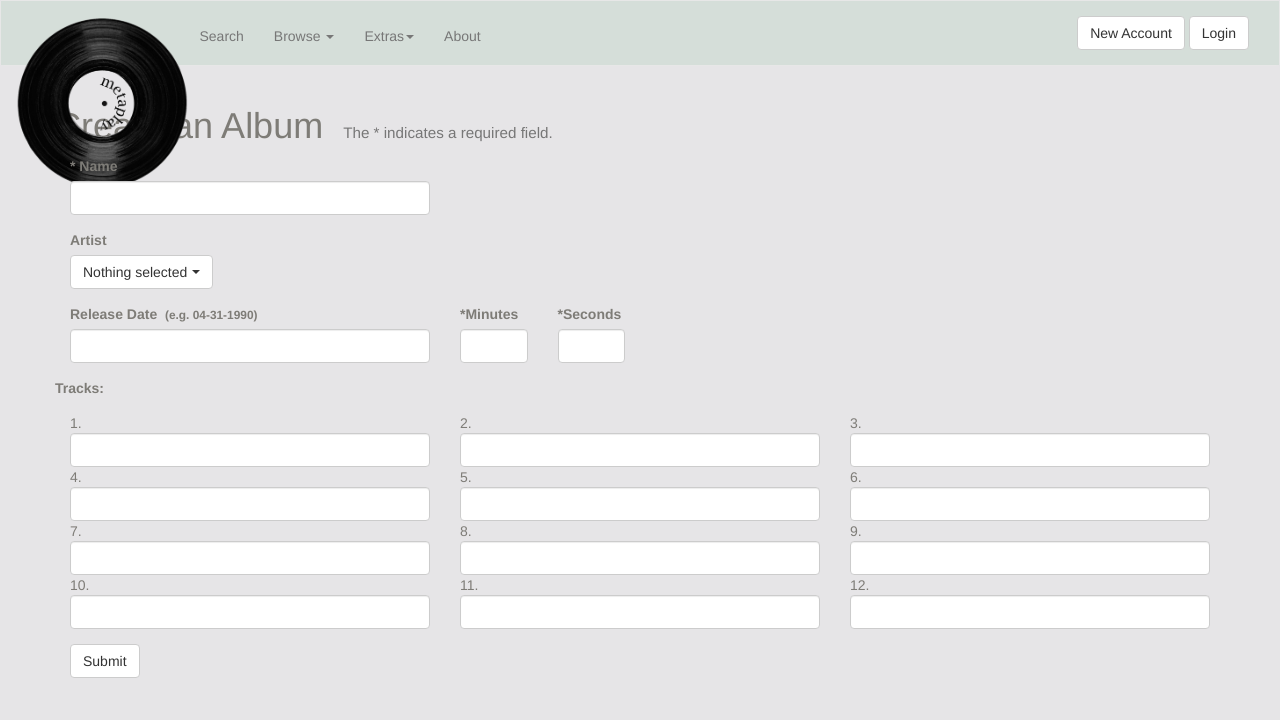
Repository: dRiott/Metaplay
Page: http://localhost/metaplay/WEB-INF/views/album_add.jsp
These files come from the project's save history. The page is drawn as it stood at one moment and after the next save; the edit follows.
The browser window is 1280 px wide. The pictures show the whole page.
Some web libraries are served in a nearby version. The page is served by Tomcat 9. Nobody is signed in. Other server files are loaded and not shown. The template is opened directly, without the code that normally fills it, so the values that code supplies are empty.

Above is the page before, as saved 2015-09-29 20:31:55.
Console error: TypeError: Cannot set properties of null (setting 'value')

### metaplay/src/main/webapp/WEB-INF/views/album_add.jsp
<%@ page language="java" contentType="text/html; charset=ISO-8859-1"
	pageEncoding="ISO-8859-1"%>
<%@ taglib uri="http://www.springframework.org/tags" prefix="spring"%>
<%@ taglib uri="http://www.springframework.org/tags/form" prefix="form"%>
<%@ taglib prefix="c" uri="http://java.sun.com/jsp/jstl/core"%>

<!DOCTYPE html>
<html>
<head>
<meta http-equiv="Content-Type" content="text/html; charset=ISO-8859-1">
<title>Album Manager</title>

<link rel="stylesheet" href="https://maxcdn.bootstrapcdn.com/bootstrap/3.3.4/css/bootstrap.min.css">
<link rel="stylesheet" href="<spring:url value="/resources/css/home.css"/>" type="text/css" />
<link rel="stylesheet" href="<spring:url value="/resources/css/bootstrap-select.min.css"/>" type="text/css" />
<script src="https://ajax.googleapis.com/ajax/libs/jquery/1.11.2/jquery.min.js"></script>
<script src="https://maxcdn.bootstrapcdn.com/bootstrap/3.3.4/js/bootstrap.min.js"></script>
<script src="<spring:url value="/resources/js/bootstrap-select.min.js"/>"></script>

</head>
<body>

	<jsp:include page="../views/fragments/landingPageFragment.jsp"></jsp:include>

	<div class="container">

		<div class="row">
			<h1>Create an Album&nbsp&nbsp<small><small>The * indicates a required field.</small></small></h1>
		</div>

		<spring:url value="/album/review" var="thisFormURL" />
		<form:form action="${thisFormURL}" method="post" modelAttribute="createAlbumWrapper" onsubmit="return validate(this);">
		<form:errors path="*" element="div" cssClass="errors"/>
	        	<div class="form-group">
					<div class="row">
						<div class="col-md-4">
							<label for="albumName">* Name</label>
							<form:input type="text" path="name" id="albumName" cssClass="form-control" cssErrorClass="has-error"/>
						</div>
					</div>
					<div class="form-group" style="float:clear;"></div>

						<!-- BEGIN Artist -->
					<div class="row">
						<div class="col-md-1">
							<label for="albumArtistName">Artist</label>
							<form:select path="artistFromList" cssClass="selectpicker" id="albumArtistName" >
								<form:options items="${artistOptions}" />
							</form:select>
						</div>
					</div>
					<div class="form-group" style="float:clear;"></div>
					<div class="form-group" id="newAlbumArtistName" style="display:none;">
						<hr/>
						<label for="newAlbumArtistName" style="font-style:italic;">New Artist:</label>
						<form:input cssClass="form-control" type="text" path="theNewArtist" id="newAlbumArtistNameInput" cssErrorClass="has-error" />
					<div class="form-group" style="float:clear;"></div>
						<label for="newAlbumArtistButton" style="font-style:italic;">Or...</label>
						<a href="<spring:url value="/artist/add"/>" class="btn btn-default">Go To Add Artist Page</a>
						<hr/>
					</div>
					<!-- END Artist -->

					<div class="form-group" style="float:clear;"></div>

					<div class="row">
						<div class="col-md-4">
							<label for="albumReleaseDate">Release Date&nbsp&nbsp<small>(e.g. 04-31-1990)</small></label>
							<form:input path="releaseDate" cssClass="form-control"
								id="albumReleaseDate" />
						</div>

						<div class="col-md-1">
							<label for="albumLengthMinutes">*Minutes</label>
							<form:input path="lengthMinutes" id="albumLengthSeconds"  cssClass="form-control"/>
						</div>

						<div class="col-md-1">
							<label for="albumLengthSeconds">*Seconds</label>
							<form:input path="lengthSeconds" id="albumLengthSeconds" cssClass="form-control"/>
						</div>
					</div>

					<div class="form-group" style="float:clear;"></div>

					<div class="row">
						<div class="form-group">
							<label for="albumTrack">Tracks: </label>
						</div>

						<div class="form-group" style="float:clear;"></div>

						<div class="col-md-4 showNextTrack">
							<span>1. </span>
							<form:input path="tracks[0].name" cssClass="form-control" id="albumTrack1" />
						</div>
						<div class="col-md-4 showNextTrack">
							<span>2. </span>
							<form:input path="tracks[1].name" cssClass="form-control" id="albumTrack2" />
						</div>
						<div class="col-md-4 showNextTrack">
							<span>3. </span>
							<form:input path="tracks[2].name" cssClass="form-control" id="albumTrack3" />
						</div>
						<div class="col-md-4 showNextTrack">
							<span>4. </span>
							<form:input path="tracks[3].name" cssClass="form-control" id="albumTrack4" />
						</div>
						<div class="col-md-4">
							<span>5. </span>
							<form:input path="tracks[4].name" cssClass="form-control" id="albumTrack5" />
						</div>
						<div class="col-md-4">
							<span>6. </span>
							<form:input path="tracks[5].name" cssClass="form-control" id="albumTrack6" />
						</div>
						<div class="col-md-4">
							<span>7. </span>
							<form:input path="tracks[6].name" cssClass="form-control" id="albumTrack7" />
						</div>
						<div class="col-md-4 showNextTrack">
							<span>8. </span>
							<form:input path="tracks[7].name" cssClass="form-control" id="albumTrack8" />
						</div>
						<div class="col-md-4 showNextTrack">
							<span>9. </span>
							<form:input path="tracks[8].name" cssClass="form-control" id="albumTrack9" />
						</div>
						<div class="col-md-4 showNextTrack">
							<span>10. </span>
							<form:input path="tracks[9].name" cssClass="form-control" id="albumTrack10" />
						</div>
						<div class="col-md-4 showNextTrack">
							<span>11. </span>
							<form:input path="tracks[10].name" cssClass="form-control" id="albumTrack11" />
						</div>
						<div class="col-md-4" id="12">
							<span>12. </span>
							<form:input path="tracks[11].name" cssClass="form-control" id="albumTrack12" />
						</div>

						<div class="col-md-4" style="display:none;" id="13">
							<span>13. </span>
							<form:input path="tracks[12].name" cssClass="form-control" id="albumTrack13" />
						</div>
						<div class="col-md-4" style="display:none;" id="14">
							<span>14. </span>
							<form:input path="tracks[13].name" cssClass="form-control" id="albumTrack14" />
						</div>
						<div class="col-md-4" style="display:none;" id="15">
							<span>15. </span>
							<form:input path="tracks[14].name" cssClass="form-control" id="albumTrack15" />
						</div>
						<div class="col-md-4" style="display:none;" id="16">
							<span>16. </span>
							<form:input path="tracks[15].name" cssClass="form-control" id="albumTrack16" />
						</div>
						<div class="col-md-4" style="display:none;" id="17">
							<span>17. </span>
							<form:input path="tracks[16].name" cssClass="form-control" id="albumTrack17" />
						</div>
						<div class="col-md-4" style="display:none;" id="18">
							<span>18. </span>
							<form:input path="tracks[17].name" cssClass="form-control" id="albumTrack18" />
						</div>
						<div class="col-md-4" style="display:none;" id="19">
							<span>19. </span>
							<form:input path="tracks[18].name" cssClass="form-control" id="albumTrack19" />
						</div>
						<div class="col-md-4" style="display:none;" id="20">
							<span>20. </span>
							<form:input path="tracks[19].name" cssClass="form-control" id="albumTrack20" />
						</div>
						<div class="col-md-4" style="display:none;" id="21">
							<span>21. </span>
							<form:input path="tracks[20].name" cssClass="form-control" id="albumTrack21" />
						</div>
						<div class="col-md-4" style="display:none;" id="22">
							<span>22. </span>
							<form:input path="tracks[21].name" cssClass="form-control" id="albumTrack22" />
						</div>
						<div class="col-md-4" style="display:none;" id="23">
							<span>23. </span>
							<form:input path="tracks[22].name" cssClass="form-control" id="albumTrack23" />
						</div>
						<div class="col-md-4" style="display:none;" id="24">
							<span>24. </span>
							<form:input path="tracks[23].name" cssClass="form-control" id="albumTrack24" />
						</div>
						<div class="col-md-4" style="display:none;" id="25">
							<span>25. </span>
							<form:input path="tracks[24].name" cssClass="form-control" id="albumTrack25" />
						</div>
						<div class="col-md-4" style="display:none;" id="26">
							<span>26. </span>
							<form:input path="tracks[25].name" cssClass="form-control" id="albumTrack26" />
						</div>
						<div class="col-md-4" style="display:none;" id="27">
							<span>27. </span>
							<form:input path="tracks[26].name" cssClass="form-control" id="albumTrack27" />
						</div>
						<div class="col-md-4" style="display:none;" id="28">
							<span>28. </span>
							<form:input path="tracks[27].name" cssClass="form-control" id="albumTrack28" />
						</div>
						<div class="col-md-4" style="display:none;" id="29">
							<span>29. </span>
							<form:input path="tracks[28].name" cssClass="form-control" id="albumTrack29" />
						</div>
						<div class="col-md-4" style="display:none;" id="30">
							<span>30. </span>
							<form:input path="tracks[29].name" cssClass="form-control" id="albumTrack30" />
						</div>
					</div>

					<div class="form-group" style="float:clear;"></div>

					<button type="submit" class="btn btn-default">Submit</button>
				</div>
		</form:form>
	</div>

	<script src="<spring:url value="/resources/js/albumAddShowHide.js"/>"></script>

</body>
</html>

### metaplay/src/main/webapp/WEB-INF/views/fragments/landingPageFragment.jsp
<%@ taglib prefix="spring" uri="http://www.springframework.org/tags"%>
<%@ taglib prefix="c" uri="http://java.sun.com/jsp/jstl/core"%>
<%@ taglib uri="http://www.springframework.org/tags/form" prefix="form"%>

<nav class="navbar navbar-default">
	<div class="container-fluid drNavDiv">

		<!-- Logo -->
		<div class="imageLogoDiv" >
			<a class="navbar-brand" href="<spring:url value="/"/>">
				<img class="imageLogo logo" src="<spring:url value="/resources/img/vinylDark.gif" />" id="logo"	alt="logoDark.gif" style="width:auto\9"/>
				<img class="imageLogoLayer logo" src="<spring:url value="/resources/img/vinyl.gif" />" id="logoLightLayer" alt="logoLight.gif" style="width:auto\9"/>
			</a>
		</div>

		<!-- BEGIN HEADER LINKS -->
		<div class="DRnavBarDiv">
			<ul class="nav navbar-nav" style="padding-top: 10px;">

				<!-- Search -->
				<li><a id="searchLink" href="<spring:url value="/search"/>">Search</a></li>

				<!-- Browse -->
				<li class="dropdown"><a href="#" class="dropdown-toggle"
					data-toggle="dropdown" role="button" aria-expanded="false">Browse <span class="caret"></span></a>
					<ul class="dropdown-menu" role="menu">
						<li><a href="<spring:url value="/browse/accounts"/>">Accounts</a></li>
						<li><a href="<spring:url value="/browse/albums"/>">Albums</a></li>
						<li><a href="<spring:url value="/browse/artists"/>">Artists</a></li>
						<li><a href="<spring:url value="/browse/genres"/>">Genres</a></li>
						<li><a href="<spring:url value="/browse/locations"/>">Locations</a></li>
						<li><a href="<spring:url value="/browse/members"/>">Members</a></li>
						<li><a href="<spring:url value="/browse/playlists"/>">Playlists</a></li>
						<li><a href="<spring:url value="/browse/recordlabels"/>">Record Labels</a></li>
						<li><a href="<spring:url value="/browse/tracks"/>">Tracks</a></li>
					</ul>
				</li>

				<!-- More -->
				<li class="dropdown"><a href="#" class="dropdown-toggle"
					data-toggle="dropdown" role="button" aria-expanded="false">Extras<span class="caret"></span></a>
					<ul class="dropdown-menu" role="menu">
						<li><a href="<spring:url value="/payment/process"/>">Payment</a></li>
						<li><a href="<spring:url value="/role/add"/>">Roles</a></li>
					</ul>
				</li>

				<!-- About -->
				<li><a href="<spring:url value="/about"/>">About</a></li>

			</ul>
		</div>

		<!-- Accountname / New Account, Logout -->
		<c:set var="authentication" value="${pageContext.request.userPrincipal}"/>
		<c:choose>
			<c:when test="${authentication!=null}">
				<c:set var="currentUser" value="${authentication.name}"/>
				<c:url var="logoutUrl" value="/logout"/>
				<!-- Form MUST BE A POST TO PROTECT AGAINST CROSS-SITE REQUEST FORGERY -->
				<form:form class="navbar-form pull-right" action="${logoutUrl}" method="post">
					<input type="submit" class="btn btn-default drHeaderButton" value="Logout" />
				</form:form>
				<p class="navbar-text pull-right">
					<c:out value="${currentUser}"/>
				</p>
			</c:when>
			<c:otherwise>
				<p class="navbar-text pull-right">
					<c:url value="/account/add" var="accountAddUrl"/>
					<c:url value="/account/login" var="loginUrl"/>
					<a href="${accountAddUrl}" class="btn btn-default drHeaderButton">New Account</a>
					<a href="${loginUrl}" class="btn btn-default drHeaderButton">Login</a>
				</p>
			</c:otherwise>
		</c:choose>

	</div>
</nav>

### metaplay/src/main/webapp/resources/css/home.css
/**
The padding for the main containers are all set with javascript in footer.js based on the position of the Search nav item.
*/

html {
    /*prevents horizontal scrolling*/
    max-width: 100%;
    overflow-x: hidden;
}

body {
	background: #e6e5e7 fixed bottom right no-repeat;
	background-size: 500px Auto;
	font-family: Helvetica Neue, Helvetica, Arial, sans-serif;
    color: #7E7C77;

    /*prevents horizontal scrolling*/
    max-width: 100%;
    overflow-x: hidden;
}

audio {
    background-color: #EEEEEE;
}

/* hr elements appear on browsing pages, and occasionally add pages. */
hr {
    margin-left:0;
    width: 40%;
}

/* styling of the anchor tags */
a {
  text-decoration: inherit;
  font-style: inherit;
  color: #6c9985;
}

a:hover {
 text-decoration: underline;
 color: #618975;
}

/* a:visited {
	border: none;
	text-decoration: none;
	font-style: normal;
	color: #FC9D9A;
} */

/* e.g. on about.jsp */
a.mono {
    font-family: monospace, sans-serif;
    font-style: italic;
}

/* any input box -- set to change the shadow and border */
.form-control:focus {
  border-color: #99B2B7;
  box-shadow: inset 0 1px 1px rgba(0, 0, 0, 0.075), 0 0 8px rgba(153,178,183, 0.6);
}

/* h1 at the top of almost every page. */
.dH1 {
    font-family: Helvetica Neue, Helvetica, Arial, sans-serif;
    font-style: italic;
    color: #7E7C77;
    /* slategray; Pachyderm by Yasmino: #7A6A53 */
}

.drHeaderButton {
	/* css for the buttons in the header navbar*/
}

/* header nav bar! */
.drNavDiv {
	/*
	dark grey blue: C5E0DC
	grey green: #D5DED9
	bond: #D5DED9
	current fave: #C5E0DC
	*/
	background-color:#D5DED9;
	color: #948C75;
}

/* used for notifying the user of certain privileges they don't have if they're not logged in or have the right role. */
.drSecurity {
    font-family: monospace, sans-serif;
    font-style: italic;
    color: #7E7C77;
}


/* any span used for slight horizontal spacing */
.dSpan {
    padding-left: 10px;
}

/* spacing to clear left of the logo */
.DRnavBarDiv{
	padding-left: 13.5%;
}

/* div containing the logo */
.imageLogoDiv{
	display:block;
	clear:right;
}

/* logo itself: under-layer */
.imageLogo {
	width:13.5%;
	max-width:180px;
	position: absolute;
    clear: both;
   	height:auto;

    /* Spin only the record, not the glossy logoLayer.*/
	-webkit-animation:spin 4s linear infinite;
    -moz-animation:spin 4s linear infinite;
    animation:spin 4s linear infinite;
}

/* Spin the Logo! */
@-moz-keyframes spin { 100% { -moz-transform: rotate(360deg); } }
@-webkit-keyframes spin { 100% { -webkit-transform: rotate(360deg); } }
@keyframes spin { 100% { -webkit-transform: rotate(360deg); transform:rotate(360deg); } }

/* the lighter logo layer on top of the logo*/
.imageLogoLayer {
	width:13.5%;
	opacity: .4;
	max-width:180px;
    position: absolute;
    clear: both;
   	height:auto;
}

/* This class is added to tables that I wanted to not take up all of the page. Now, they look nicer. */
.browseTable {
	width: 80%;
}

/* This handles the ?error url param for incorrect account/password combinations,
	 and also #messageDiv on the single_playlist.jsp */
.error {
    font-family: monospace, sans-serif;
    font-style: italic;
    padding: 15px;
    margin-bottom: 20px;
    border: #ebccd1 1px solid;
    border-radius: 4px;
    color: #E08E79;
    background-color: #f2dede;
}

/* This handles the ?logout url param for the index page,
	and also #messageDiv on the single_playlist.jsp */
.msg {
	margin-left: 15px;
	padding: 15px;
	border: #b3bcba 1px solid;
	border-radius: 4px;
	color: #7E7C77;
	background-color: #D5DED9;
}

/* this class is added to the body of pages that need to have their positioning changed on page load.
	they are first repositioned as invisible to the page, then they are revealed (this class is removed) */
.delayedReveal {
    visibility: hidden;
}

/* override the default hightlight color */
::selection {
  background: #ffb7b7; /* WebKit/Blink Browsers */
}
::-moz-selection {
  background: #ffb7b7; /* Gecko Browsers */
}

### metaplay/src/main/webapp/resources/js/albumAddShowHide.js

$(document).ready(function () {

	//Artist Options "Other" Box Hide/Unhide
	var selectOtherAR = $("#albumArtistName");
	selectOtherAR.change(function(){
		var inputBoxAR = $("#newAlbumArtistName");
		var artistAddButton = $("#newAlbumArtistAddButton");
		if(selectOtherAR.val()=="** New Artist **") {
			inputBoxAR.show();
			artistAddButton.show();
		} else {
			inputBoxAR.hide();
			artistAddButton.hide();
		}
	});

	// new record label show/hide
	var selectOtherRL = $("#recordLabelName");
	selectOtherRL.change(function(){
		var inputBoxRL = $("#newRecordLabelName");
		var recordLabelLocationDiv = $("#newRecordLabelLocation");
		var hr1 = $("#recordLabelHr1");
		var hr2 = $("#recordLabelHr2");
		var newCountryDiv = $("#newCountryDiv");

		if(selectOtherRL.val()=="** New Record Label **") {
			inputBoxRL.show();
			recordLabelLocationDiv.show();
			hr1.show();
			hr2.show();
			newCountryDiv.show();
		} else {
			inputBoxRL.hide();
			recordLabelLocationDiv.hide();
			hr1.hide();
			hr2.hide();
			newCountryDiv.hide();
		}
	}); //end record label on change

	var rlCountries = $("#rlCountries");
	if(rlCountries.val()=="** New Country **") {
		console.log("new country");

	}

	rlCountries.change(function() {
		var newCountry = $("#rlCountry");
		var rlState = $("#rlState");
		var city = $("#recordLabelCity");

		if(rlCountries.val()=="United States") {
			rlState.show();
			newCountry.hide();
			city.attr("placeholder", "Birmingham");
		} else if (rlCountries.val()=="** New Country **") {
			city.focus();
			city.blur(function () {
				newCountry.focus()
			})

			rlState.hide();
			newCountry.attr("placeholder", "England");
			newCountry.show();
			city.attr("placeholder", "London");
		} else {
			rlState.hide();
			newCountry.hide();
		}
	});


	//gets rid of the Album Length zeros on load
	$("#albumMinutes").val("");
	$("#albumSeconds").val("");

	//gets rid of the zeros on load
	for(var i = 1; i<31; i++){
		var minutesId = "minutes" + i;
		var minutes = document.getElementById(minutesId);
		minutes.value = "";
		var secondsId = "seconds" + i;
		var seconds = document.getElementById(secondsId);
		seconds.value = "";
		var bpmId = "bpm" + i;
		var bpm = document.getElementById(bpmId);
		bpm.value = "";
	}

}); // end document.ready

//repopulates the zeros to prevent number format error
function ensureVoidsAreZeroes() {
	var bpms = $(".bpm");
	for(var i = 1; i<31; i++){
		var minutesId = "minutes" + i;
		var minutes = document.getElementById(minutesId);
		if(minutes.value == "") {
			minutes.value = 0;
		};
		var secondsId = "seconds" + i;
		var seconds = document.getElementById(secondsId);
		if(seconds.value == "") {
			seconds.value = 0;
		};
		var bpmId = "bpm" + i;
		var bpm = document.getElementById(bpmId);
		if(bpm.value == "") {
			bpm.value = 0;
		};
	}

	var albumMinutes = document.getElementById("albumMinutes");
	if(albumMinutes.value == "") {
		albumMinutes.value = 0;
	};
	var albumSeconds = document.getElementById("albumSeconds");
	if(albumSeconds.value == "") {
		albumSeconds.value = 0;
	};
}

//scrolls the window down as a new track is shown.
function reveal(id) {
	id += 1;
	element = document.getElementById(id);
	element.style.display="inline";
	if(id>2) {
//		window.scrollTo(0,document.body.scrollHeight);
		scrollToElement(element, 1000);
	}
}

var scrollToElement = function(element, ms){
    var speed = (ms) ? ms : 600;
    $('html,body').animate({
        scrollTop: $(element).offset().top
    }, speed);
}

// specify id of element and optional scroll speed as arguments

Loaded but not shown: metaplay/src/main/webapp/resources/css/bootstrap-select.min.css (library); metaplay/src/main/webapp/resources/js/bootstrap-select.min.js (library)

After the next save:
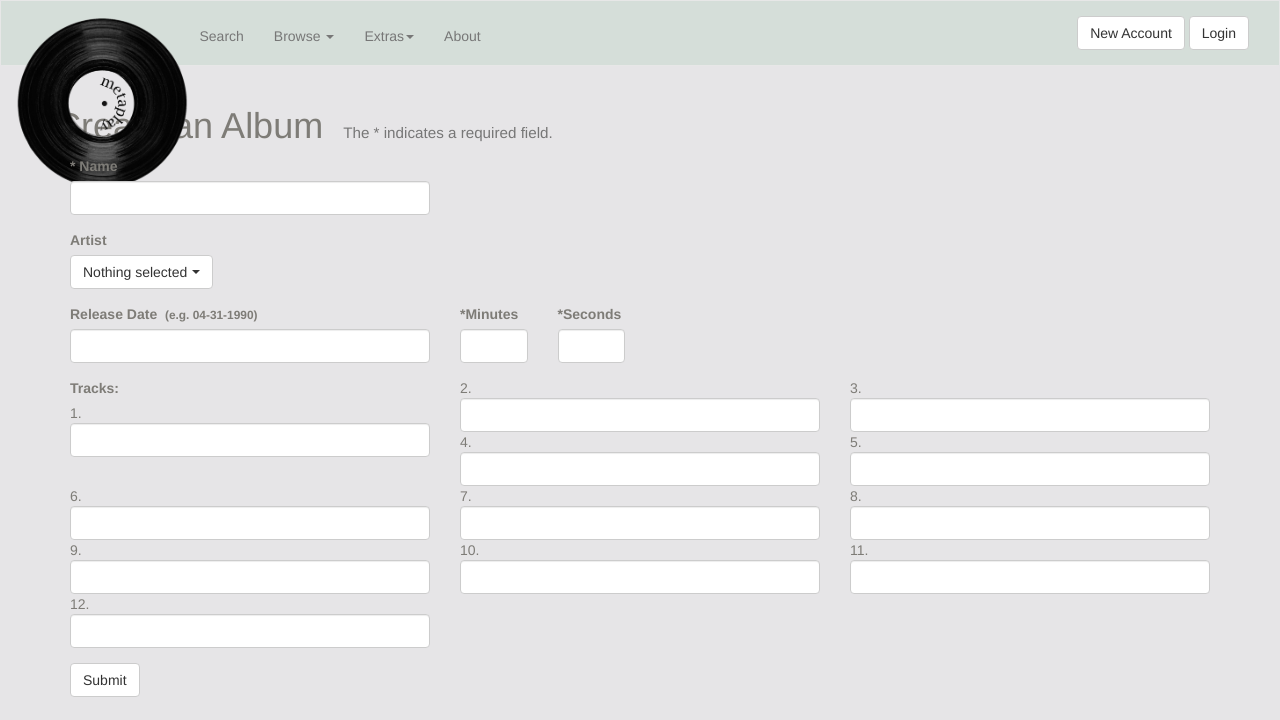
Saved 14 s later.
--- a/metaplay/src/main/webapp/WEB-INF/views/album_add.jsp
+++ b/metaplay/src/main/webapp/WEB-INF/views/album_add.jsp
@@ -84,13 +84,8 @@
 					<div class="form-group" style="float:clear;"></div>
 
 					<div class="row">
-						<div class="form-group">
+						<div class="col-md-4 showNextTrack">
 							<label for="albumTrack">Tracks: </label>
-						</div>
-
-						<div class="form-group" style="float:clear;"></div>
-
-						<div class="col-md-4 showNextTrack">
 							<span>1. </span>
 							<form:input path="tracks[0].name" cssClass="form-control" id="albumTrack1" />
 						</div>
